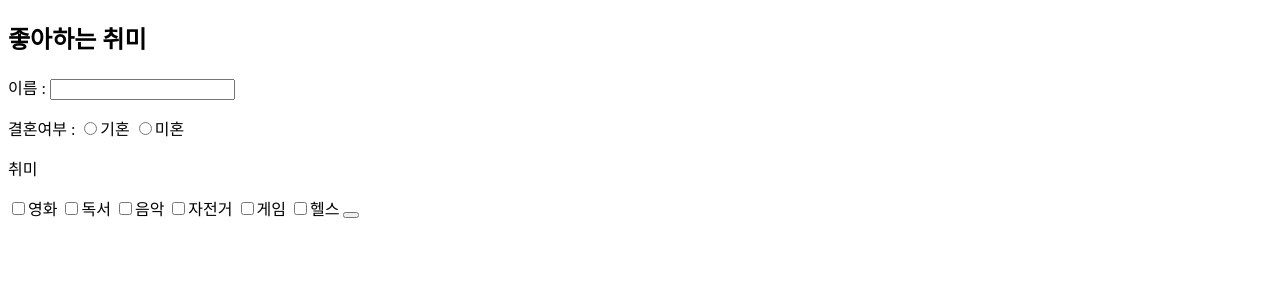
Repository: jdy0120/JSP
Page: http://localhost/basic/multi_args.jsp
The author's editor kept a copy of each file at every save. The page is drawn from the files as they stood at one save, then again after the next save.
The browser window is 1280 px wide. The pictures show the whole page.
The page is served by Tomcat 9. Other server files are loaded and not shown.

Above is the page before, as saved 2020-11-24 07:55:03.

### work/basic/WebContent/multi_args.jsp
<%@ page language="java" contentType="text/html; charset=UTF-8"
    pageEncoding="UTF-8"%>
<!DOCTYPE html PUBLIC "-//W3C//DTD HTML 4.01 Transitional//EN" "http://www.w3.org/TR/html4/loose.dtd">
<html>
<head>
<meta http-equiv="Content-Type" content="text/html; charset=UTF-8">
<title>Insert title here</title>
</head>
<body>
<h2>좋아하는 취미</h2>
<form action="multi" method="post">
	<p>이름 : <input type="text" name="name"></p>
	<p>결혼여부 : <input type="radio" name="marry">기혼
	<input type="radio" name="marry">미혼</p>
	<p>취미</p>
	<input type="checkbox" name="hobby">영화
	<input type="checkbox" name="hobby">독서
	<input type="checkbox" name="hobby">음악
	<input type="checkbox" name="hobby">자전거
	<input type="checkbox" name="hobby">게임
	<input type="checkbox" name`="hobby">헬스
	<button type="submit" value="전송">
</form>
</body>
</html>

After the next save:
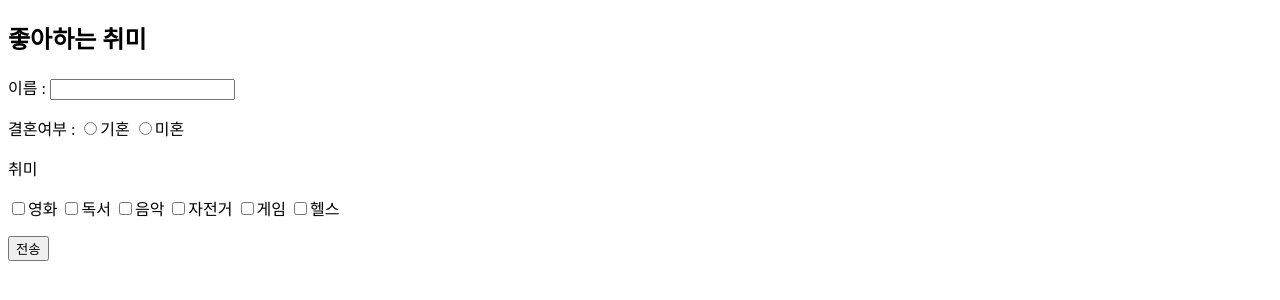
Saved 45 s later.
--- a/work/basic/WebContent/multi_args.jsp
+++ b/work/basic/WebContent/multi_args.jsp
@@ -13,13 +13,15 @@
 	<p>결혼여부 : <input type="radio" name="marry">기혼
 	<input type="radio" name="marry">미혼</p>
 	<p>취미</p>
-	<input type="checkbox" name="hobby">영화
-	<input type="checkbox" name="hobby">독서
-	<input type="checkbox" name="hobby">음악
-	<input type="checkbox" name="hobby">자전거
-	<input type="checkbox" name="hobby">게임
-	<input type="checkbox" name`="hobby">헬스
-	<button type="submit" value="전송">
+	<p>
+		<input type="checkbox" name="hobby">영화
+		<input type="checkbox" name="hobby">독서
+		<input type="checkbox" name="hobby">음악
+		<input type="checkbox" name="hobby">자전거
+		<input type="checkbox" name="hobby">게임
+		<input type="checkbox" name="hobby">헬스
+	</p>
+	<input type="submit" value="전송">
 </form>
 </body>
 </html>
